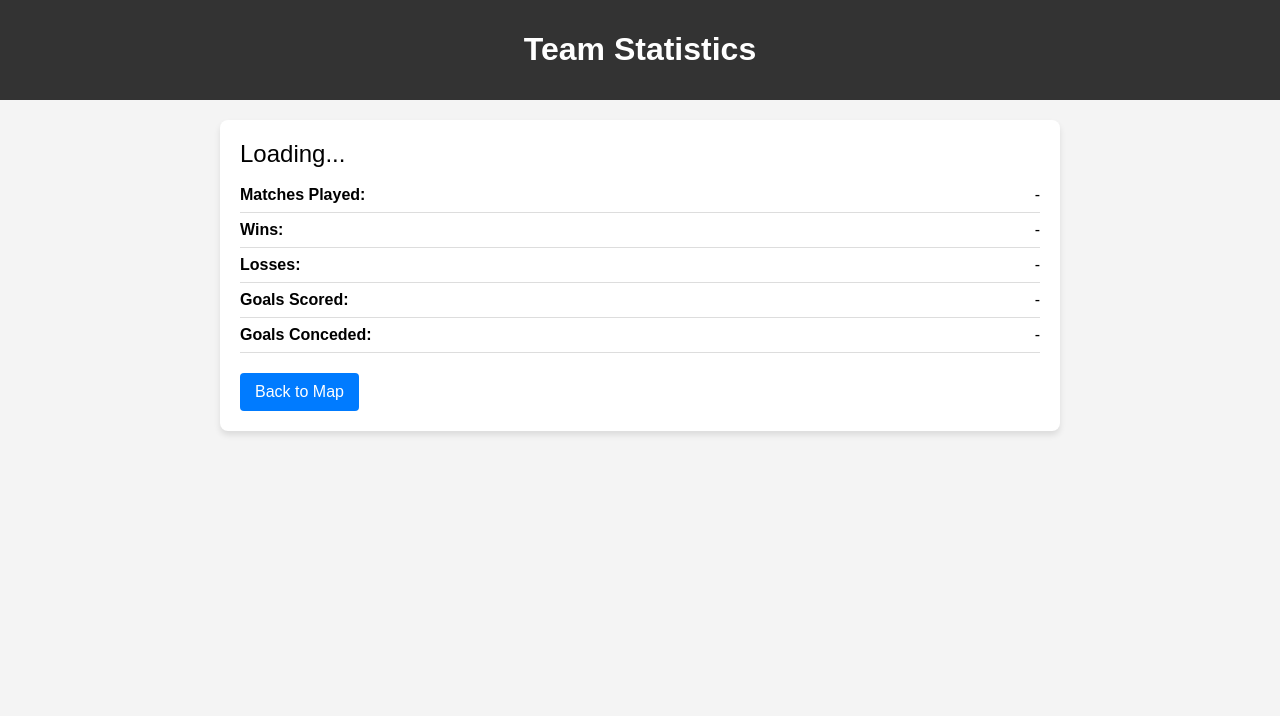
Repository: Enzo-py/dataviz-project-m1
Page: stat_page.html
These files come from the project's save history. The page is drawn as it stood at one moment and after the next save; the edit follows.
The browser window is 1280 px wide. The pictures show the whole page.
Some web fonts or font styles are not loaded; a fallback is used.

Above is the page before, as saved 2024-12-12 14:55:38.
Console error: TypeError: Cannot read properties of null (reading 'value')

### stat_page.html
<!DOCTYPE html>
<html lang="en">
<head>
    <meta charset="UTF-8">
    <meta name="viewport" content="width=device-width, initial-scale=1.0">
    <title>Team Stats</title>
    <script type="text/javascript" src="js/d3.v7.min.js"></script>
    <script type="text/javascript" src="js/stat_page.js"></script>


    <link rel="stylesheet" href="style_stat_page.css">
    <!-- <link href="https://fonts.googleapis.com/css2?family=Material+Symbols+Outlined:opsz,wght,FILL,GRAD@20..48,100..700,0..1,-50..200&" rel="stylesheet" /> -->
    <link rel="preload" href="https://fonts.googleapis.com/css2?family=Material+Symbols+Outlined:opsz,wght,FILL,GRAD@20..48,100..700,0..1,-50..200&" as="style" onload="this.onload=null;this.rel='stylesheet'">

</head>
<body>
    <header>
        <h1>Team Statistics</h1>
    </header>

    <div class="stats-container">
        <div class="team-name" id="team-name">Loading...</div>

        <div class="stat" id="stat-1">
            <span class="stat-label">Matches Played:</span>
            <span class="stat-value">-</span>
        </div>

        <div class="stat" id="stat-2">
            <span class="stat-label">Wins:</span>
            <span class="stat-value">-</span>
        </div>

        <div class="stat" id="stat-3">
            <span class="stat-label">Losses:</span>
            <span class="stat-value">-</span>
        </div>

        <div class="stat" id="stat-4">
            <span class="stat-label">Goals Scored:</span>
            <span class="stat-value">-</span>
        </div>

        <div class="stat" id="stat-5">
            <span class="stat-label">Goals Conceded:</span>
            <span class="stat-value">-</span>
        </div>

        <a href="/" class="back-button">Back to Map</a>
    </div>
    </script>
</body>
</html>

### js/stat_page.js

document.addEventListener("DOMContentLoaded", () => {
    const container = d3.select("#compare-container");

    // Create dropdowns for selecting teams
    const teamSelectDiv = container.append("div").attr("class", "team-select-container");

    ["Team 1", "Team 2"].forEach((label, idx) => {
        const selectGroup = teamSelectDiv.append("div").attr("class", `select-group team${idx + 1}`);
        selectGroup.append("label").text(label);
        selectGroup
            .append("select")
            .attr("class", `team-select team${idx + 1}-select`)
            .on("change", updateComparison);
    });

    // Placeholder data for teams
    const teams = [
        { name: "Team A", stats: { goals: 85, assists: 70, passes: 9000, tackles: 450 } },
        { name: "Team B", stats: { goals: 78, assists: 64, passes: 8700, tackles: 430 } },
        { name: "Team C", stats: { goals: 95, assists: 75, passes: 9200, tackles: 500 } },
    ];

    // Populate team dropdowns
    d3.selectAll(".team-select").selectAll("option")
        .data(teams)
        .enter()
        .append("option")
        .attr("value", d => d.name)
        .text(d => d.name);

    // Create comparison area
    const comparisonDiv = container.append("div").attr("class", "comparison-container");

    comparisonDiv
        .append("div")
        .attr("class", "team-comparison team1-comparison");

    comparisonDiv
        .append("div")
        .attr("class", "comparison-metrics");

    comparisonDiv
        .append("div")
        .attr("class", "team-comparison team2-comparison");

    function updateComparison() {
        const team1Name = d3.select(".team1-select").property("value");
        const team2Name = d3.select(".team2-select").property("value");

        const team1 = teams.find(t => t.name === team1Name);
        const team2 = teams.find(t => t.name === team2Name);

        const metrics = Object.keys(team1.stats);

        const metricScale = d3.scaleLinear()
            .domain([0, d3.max([...Object.values(team1.stats), ...Object.values(team2.stats)])])
            .range([0, 100]);

        // Clear previous comparisons
        d3.selectAll(".team-comparison, .comparison-metrics").html("");

        metrics.forEach(metric => {
            const metricGroup = comparisonDiv.select(".comparison-metrics")
                .append("div")
                .attr("class", "metric-group");

            metricGroup.append("span").attr("class", "metric-name").text(metric);
            metricGroup.append("span").attr("class", "metric-values")
                .text(`${team1.stats[metric]} vs ${team2.stats[metric]}`);

            [team1, team2].forEach((team, idx) => {
                d3.select(`.team${idx + 1}-comparison`)
                    .append("div")
                    .attr("class", "metric-bar")
                    .append("div")
                    .attr("class", `bar team${idx + 1}`)
                    .style("width", `${metricScale(team.stats[metric])}%`);
            });
        });
    }

    // Initialize comparison
    updateComparison();
});

### style_stat_page.css

body {
    font-family: Arial, sans-serif;
    margin: 0;
    padding: 0;
    background-color: #f4f4f4;
}

header {
    background-color: #333;
    color: #fff;
    padding: 10px 20px;
    text-align: center;
}

.stats-container {
    max-width: 800px;
    margin: 20px auto;
    background: #fff;
    padding: 20px;
    border-radius: 8px;
    box-shadow: 0 4px 6px rgba(0, 0, 0, 0.1);
}

.team-name {
    font-size: 1.5em;
    margin-bottom: 10px;
}

.stat {
    display: flex;
    justify-content: space-between;
    padding: 8px 0;
    border-bottom: 1px solid #ddd;
}

.stat:last-child {
    border-bottom: none;
}

.stat-label {
    font-weight: bold;
}

.back-button {
    display: inline-block;
    margin-top: 20px;
    padding: 10px 15px;
    color: #fff;
    background-color: #007BFF;
    text-decoration: none;
    border-radius: 4px;
    text-align: center;
}

.back-button:hover {
    background-color: #0056b3;
}

Loaded but not shown: js/d3.v7.min.js (library)

After the next save:
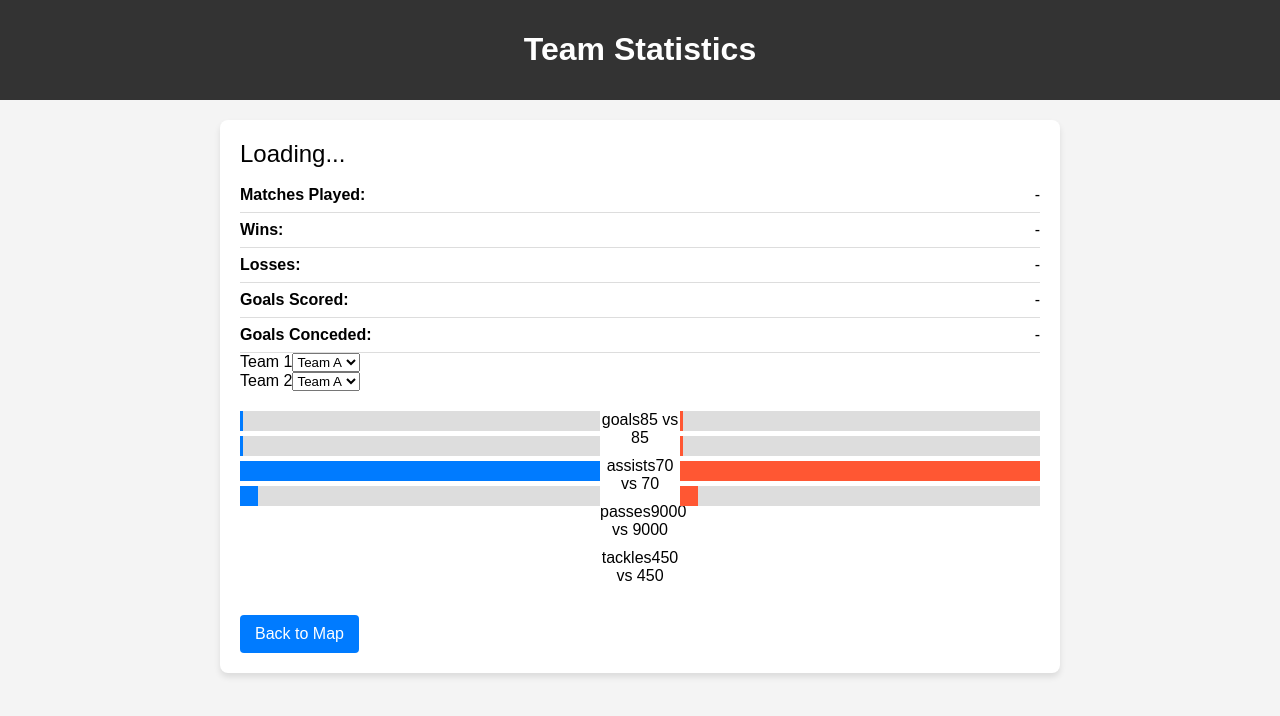
The error is gone.
Saved 89 s later.
--- a/stat_page.html
+++ b/stat_page.html
@@ -46,6 +46,8 @@
             <span class="stat-value">-</span>
         </div>
 
+        <div id="compare-container"></div>
+
         <a href="/" class="back-button">Back to Map</a>
     </div>
     </script>
--- a/js/stat_page.js
+++ b/js/stat_page.js
@@ -1,4 +1,3 @@
-
 document.addEventListener("DOMContentLoaded", () => {
     const container = d3.select("#compare-container");
 
--- a/style_stat_page.css
+++ b/style_stat_page.css
@@ -1,4 +1,3 @@
-
 body {
     font-family: Arial, sans-serif;
     margin: 0;
@@ -56,3 +55,41 @@ header {
 .back-button:hover {
     background-color: #0056b3;
 }
+
+.comparison-container {
+    display: flex;
+    justify-content: space-between;
+    margin-top: 20px;
+}
+
+.team-comparison {
+    width: 45%;
+}
+
+.comparison-metrics {
+    width: 10%;
+    text-align: center;
+}
+
+.metric-group {
+    margin-bottom: 10px;
+}
+
+.metric-bar {
+    background-color: #ddd;
+    height: 20px;
+    margin-bottom: 5px;
+    position: relative;
+}
+
+.bar {
+    height: 100%;
+}
+
+.bar.team1 {
+    background-color: #007BFF;
+}
+
+.bar.team2 {
+    background-color: #FF5733;
+}
